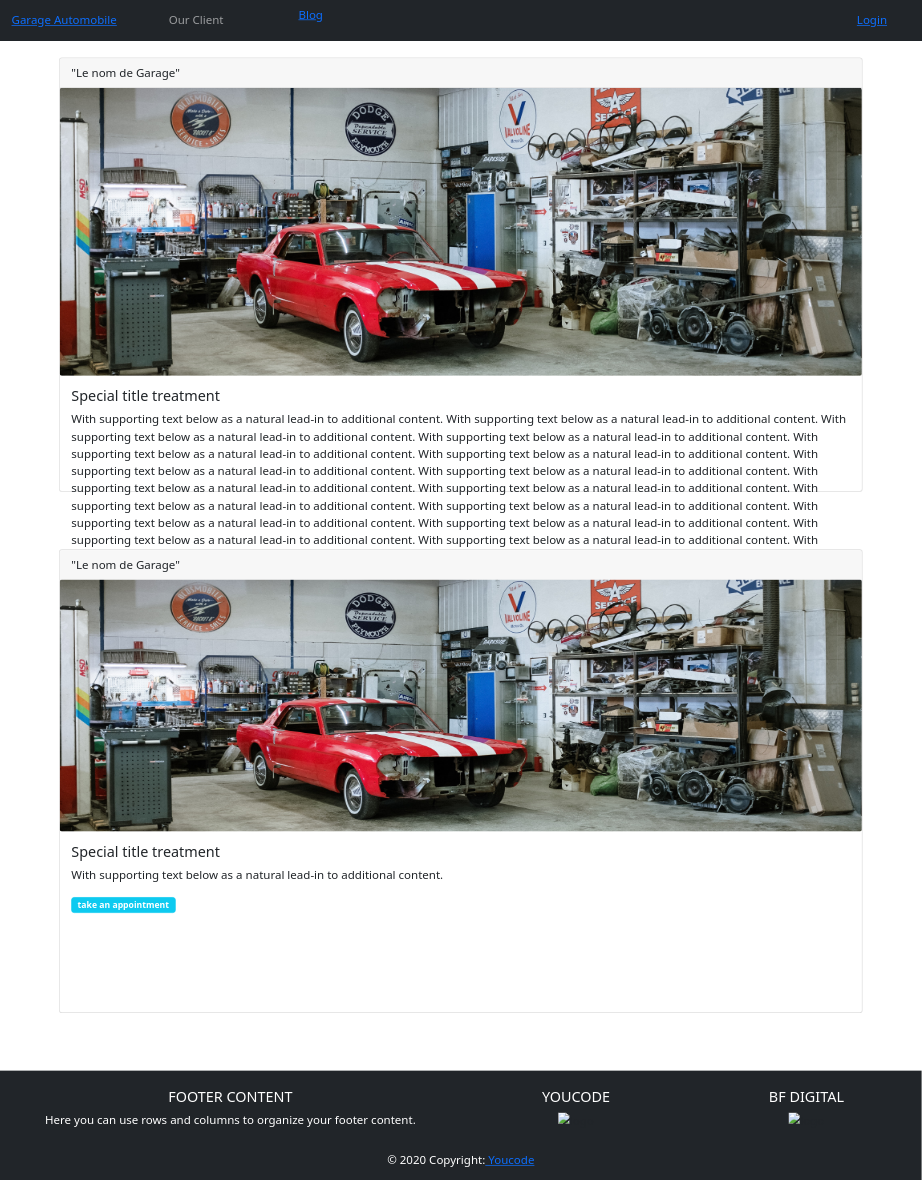
Repository: abdelhak-f/Fil-Rouge
Page: /blog (app in client/)
An editor plug-in stored every save of this project. The page is shown before and after the next save, followed by the edit.
The browser window is 1280 px wide. The pictures show the whole page, at 72% of full size.
The project was rebuilt for these pictures with package versions that can differ from the ones it lists, and the page was loaded fresh each time. Also part of the build but not shown: client/src/components/Text.jsx, client/src/components/forms/FirstFrontForm.jsx, client/src/components/Body.jsx, client/src/components/forms/FormGarage.jsx, client/src/components/loged/login/Login.jsx, client/src/components/loged/register/Register.jsx.

Above is the page before, as saved 2021-09-12 14:14:08.

After the next save:
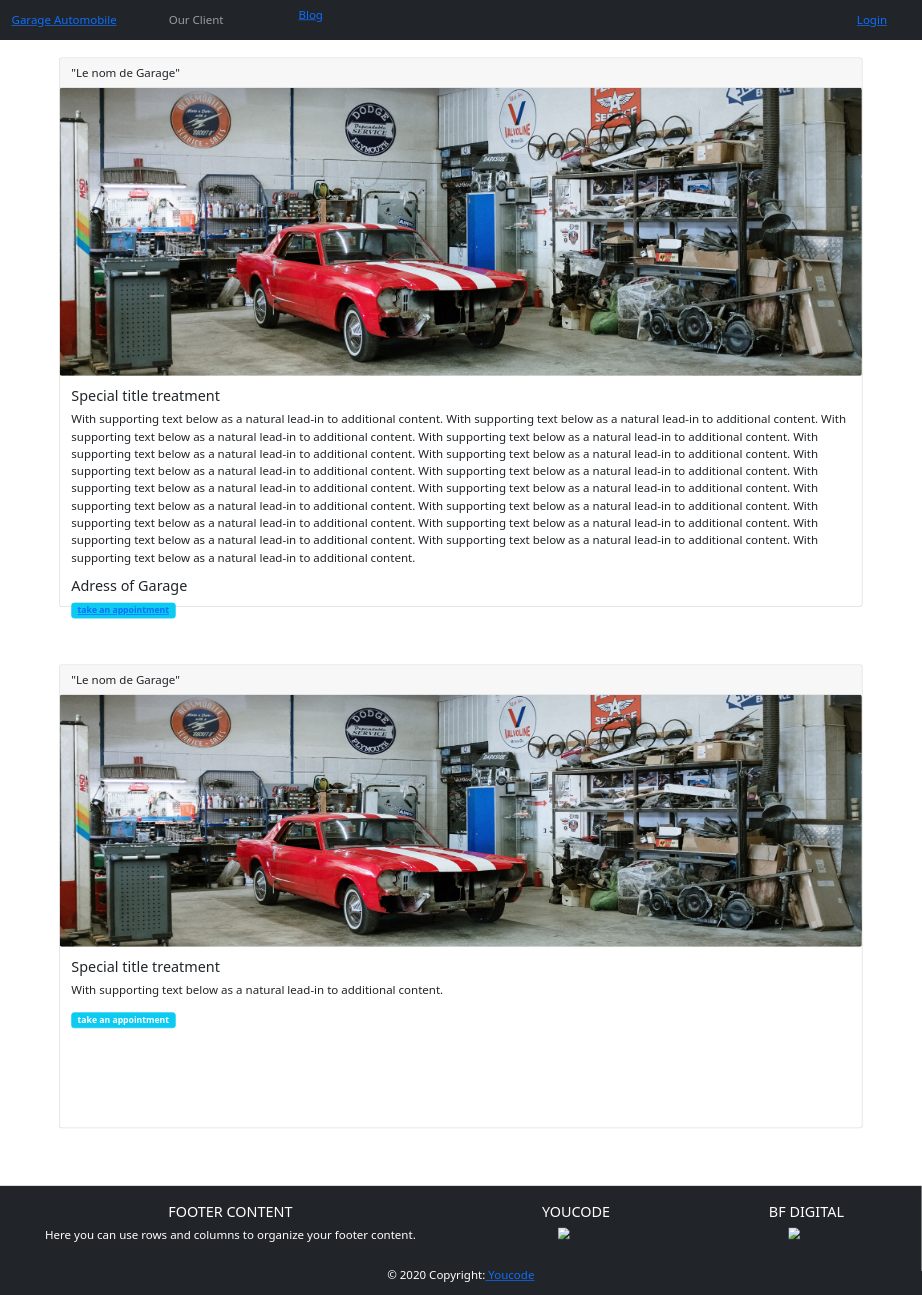
Saved 8 s later.
--- a/client/src/components/Blog.jsx
+++ b/client/src/components/Blog.jsx
@@ -19,7 +19,7 @@ function Blog() {
             style={{ height: '400px', weiht: '500px' }}
              src={image} />
             <Card.Body
-             style={{ height: '10rem' }}
+             style={{ height: '20rem' }}
             >
             <Card.Title>Special title treatment</Card.Title>
             <Card.Text>
